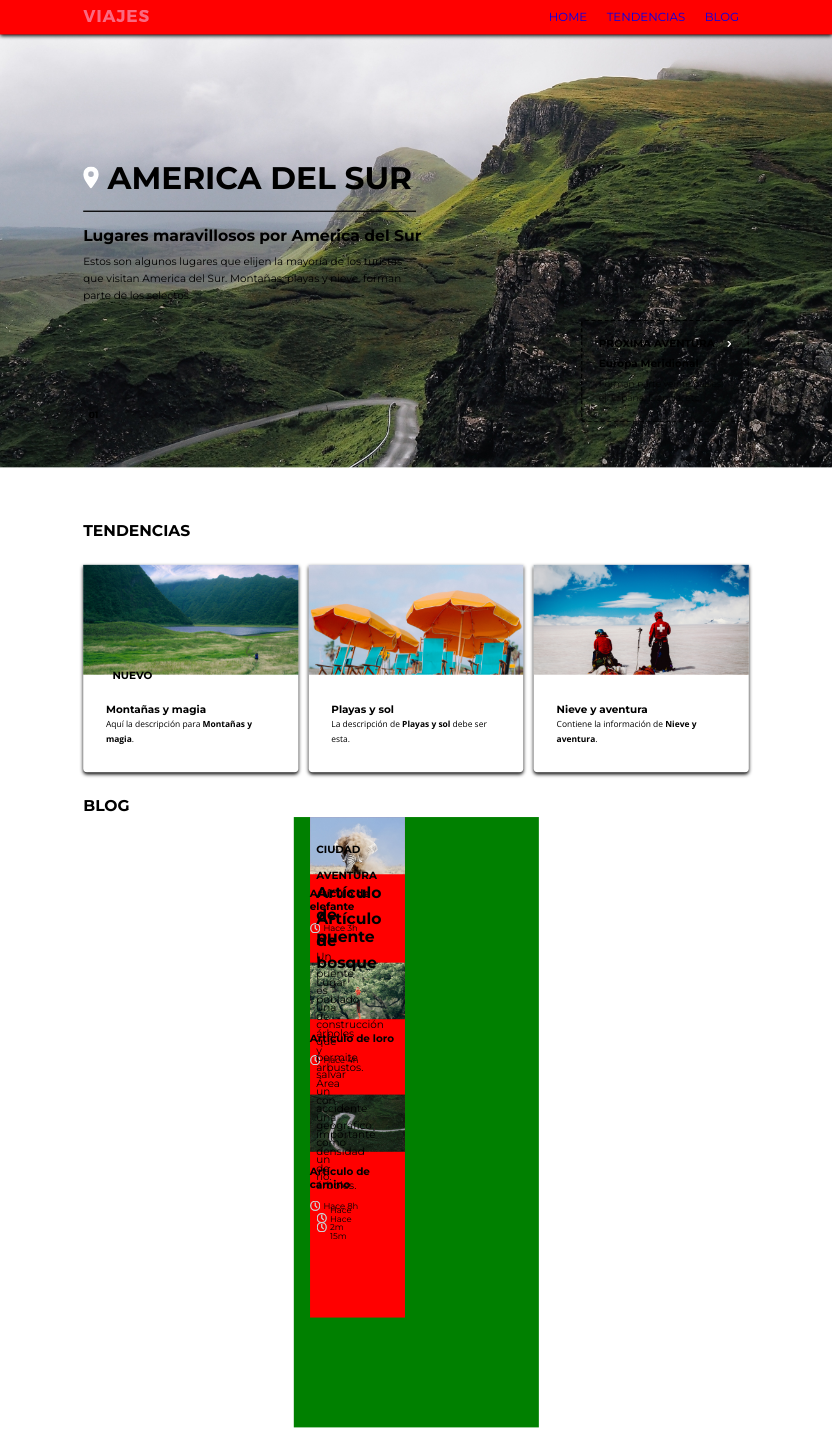
Repository: agustin-mesa/viajes
Page: /
An editor plug-in stored every save of this project. The page is shown before and after the next save, followed by the edit.
The browser window is 1280 px wide. The pictures show the whole page, at 65% of full size.
The project was rebuilt for these pictures with package versions that can differ from the ones it lists, and the page was loaded fresh each time. Also part of the build but not shown: src/components/styles/colors.module.scss.

Above is the page before, as saved 2021-11-12 12:26:39.

After the next save:
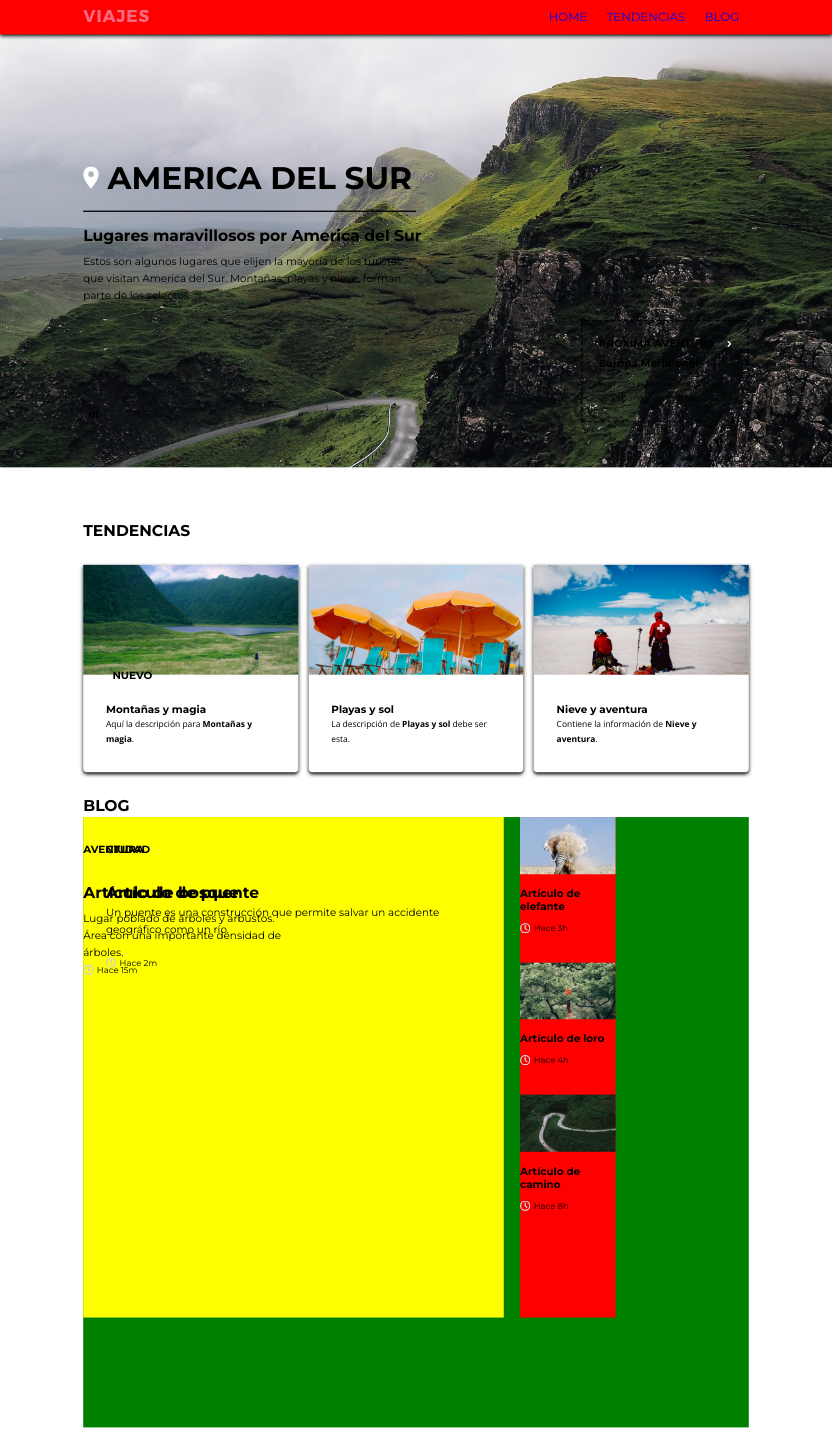
Saved 62 s later.
--- a/src/components/BigNewItem.js
+++ b/src/components/BigNewItem.js
@@ -26,10 +26,10 @@
   position: relative;
   border-radius: 6px;
   width: 100%;
-  background-image: url(${(props) => {
+  background-image: url("${(props) => {
     console.log(props.imagen);
     return props.imagen;
-  }});
+  }}"");
   background-size: cover;
   background-position: center;
 

After the save that followed:
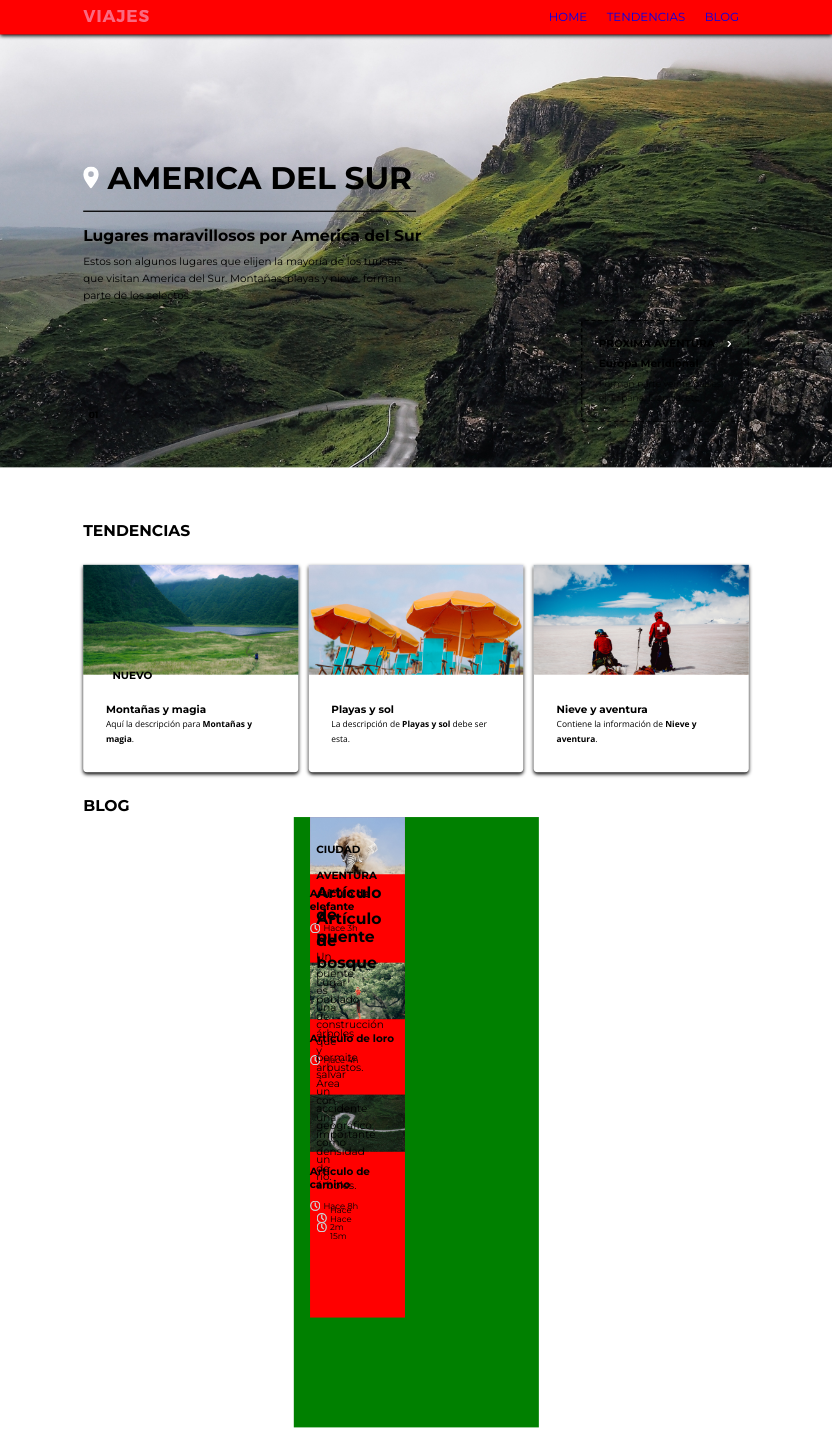
Saved 5 s later.
--- a/src/components/BigNewItem.js
+++ b/src/components/BigNewItem.js
@@ -29,7 +29,7 @@
   background-image: url("${(props) => {
     console.log(props.imagen);
     return props.imagen;
-  }}"");
+  }}");
   background-size: cover;
   background-position: center;
 
